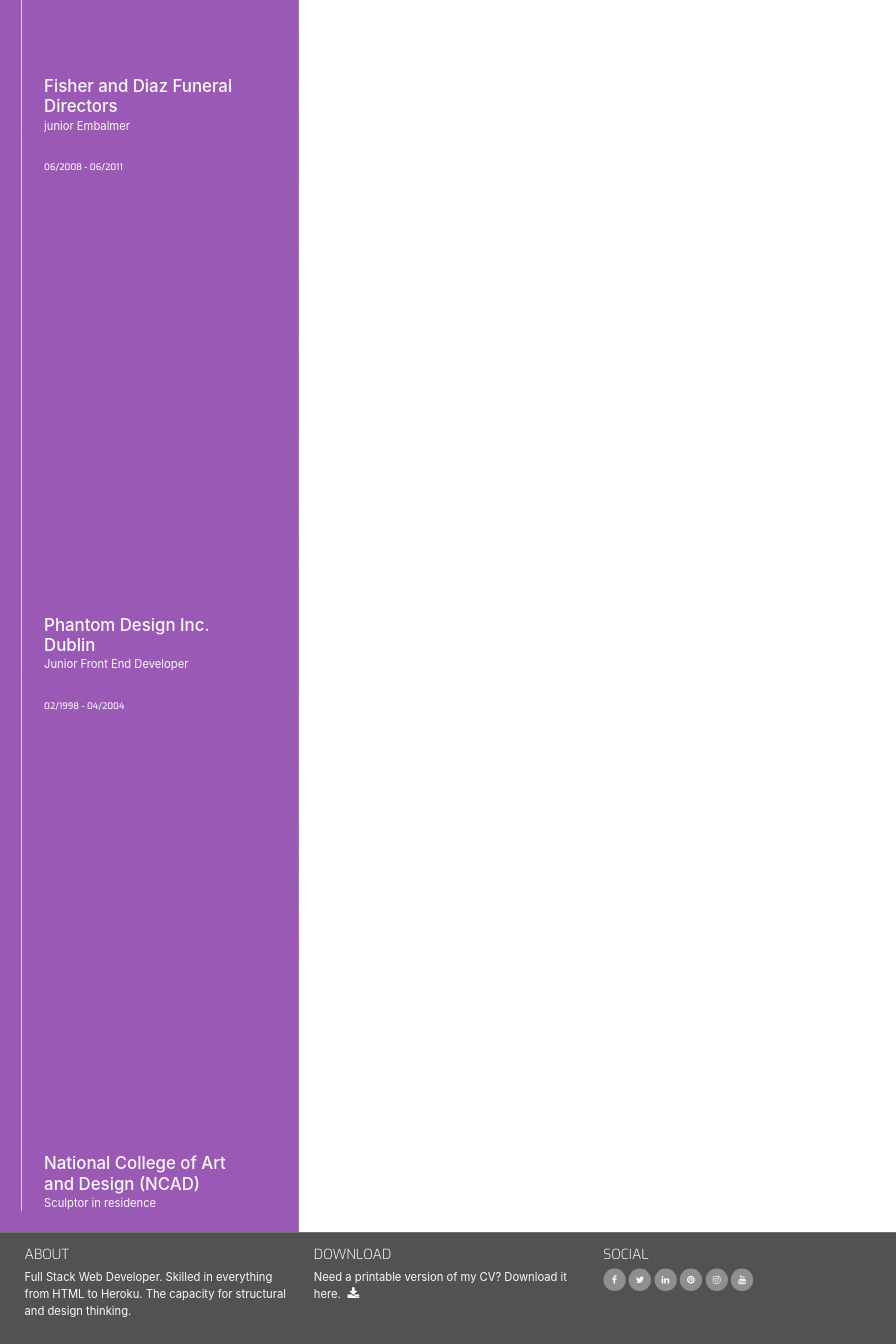
Repository: lemon-squeezy/resume-project
Page: resume.html
The author's editor kept a record of every edit. The page is drawn from the files as they stood at one moment, then again after the next edit.
The browser window is 1280 px wide. The pictures show the part of the page from y = 1826 to 3746 px (the page is 3746 px tall before and 3717 px after), at 70% of full size.
Some web libraries are served in a nearby version.

Above is the page before.

### resume.html
<!DOCTYPE html>
<html lang="en">

<head>
    <meta charset="UTF-8">
    <meta name="viewport" content="width=device-width, initial-scale=1.0">
    <meta http-equiv="X-UA-Compatible" content="ie=edge">
    <link rel="stylesheet" href="https://maxcdn.bootstrapcdn.com/bootstrap/4.2.1/css/bootstrap.min.css" type="text/css" />
    <link rel="stylesheet" href="https://maxcdn.bootstrapcdn.com/font-awesome/4.7.0/css/font-awesome.min.css" type="text/css" />
    <link rel="stylesheet" href="https://cdnjs.cloudflare.com/ajax/libs/hover.css/2.1.1/css/hover-min.css" type="text/css" />
    <link rel="stylesheet" href="assets/css/style.css">
    <title>Rosie</title>
</head>

<body>
    <header>
        <div class="row no-gutters">
            <a class="col-md-4 logo" href="02-index.html"></a>
            <div class="col-md-8">
                <div class="row no-gutters bg-color-name-title">
                    <div class="col heading">
                        <h1 class="name">Rosie Odenkirk</h1>
                        <h2 class="title"> Full Stack Developer</h2>
                    </div>
                </div>
                <div class="row no-gutters">
                    <div class="col">
                        <ul id="nav" class="list-inline menucontainer">
                            <li class="col-6 col-sm-3 list-inline-item ui-menu-color-home menuitem">
                                <a href="#" class="hvr-sweep-to-bottom"><i class="fa fa-home" aria-hidden="true"></i><span>Home</span></a>
                            </li>
                            <li class="col-6 col-sm-3 list-inline-item ui-menu-color-resume menuitem">
                                <a href="#" class="hvr-sweep-to-bottom"><i class="fa fa-graduation-cap" aria-hidden="true"></i><span>Resume</span></a>
                            </li>
                            <li class="col-6 col-sm-3 list-inline-item ui-menu-color-contact menuitem">
                                <a href="#" class="hvr-sweep-to-bottom"><i class="fa fa-comment-o" aria-hidden="true"></i><span>Contact</span></a>
                            </li>
                            <li class="col-6 col-sm-3 list-inline-item ui-menu-color-download menuitem">
                                <a href="#" class="hvr-sweep-to-bottom"><i class="fa fa-download" aria-hidden="true"></i><span>Download CV</span></a>
                            </li>
                        </ul>
                    </div>
                </div>
            </div>
        </div>
    </header>
    <section class="container-fluid">
        <div class="row">
            <div class="col-md-4 bg-color-work-history section-column">
                <div class="row">
                    <div class="col-12">
                        <h3 class="history-heading uppercase">
                            Work History
                        </h3>
                    </div>
                </div>
                <div class="timeline-item" data-dates="02/1998 - 04/2004">
                    <h4>National College of Art and Design (NCAD)</h4>
                    <p>Sculptor in residence</p>
                </div>
                <div class="timeline-item" data-dates="04/2004 - 06/2008">
                    <h4>Fisher and Diaz Funeral Directors</h4>
                    <p>junior Embalmer</p>
                </div>
                <div class="timeline-item" data-dates="06/2008 - 06/2011">
                    <h4>Phantom Design Inc. Dublin</h4>
                    <p>Junior Front End Developer</p>
                </div>
                <div class="timeline-item" data-dates="02/1998 - 04/2004">
                    <h4>National College of Art and Design (NCAD)</h4>
                    <p>Sculptor in residence</p>
                </div>
            </div>
            <div class="col-md-8 bg-color-three-reasons section-column">
                <div class="row">
                    <div class="col">
                        <h3 class="section-heading uppercase">My Skills</h3>
                    </div>
                </div>
                <div class="row">
                    <div class="col-10 offset-1 offset-sm-0 col-sm-4 col-md-6">
                        <div class="row">
                            <div class="col-2">
                                <i class="three-reasons-icon fa fa-tv" aria-hidden="true"></i>
                            </div>
                            <div class="col-10">
                                <h4 class="three-reasons-heading uppercase">Front End</h4>
                                <p>
                                    I'm skilled in User Experience Design using the trinity of HTML/CSS/Javascript. I also have extensive experience in Front End Frameworks such as Angular and React
                                </p>
                            </div>
                        </div>
                    </div>
                    <div class="col-10 offset-1 offset-sm-0 col-sm-4 col-md-6">
                        <div class="row">
                            <div class="col-2">
                                <i class="three-reasons-icon fa fa-gears" aria-hidden="true"></i>
                            </div>
                            <div class="col-10">
                                <h4 class="three-reasons-heading uppercase">Back End</h4>
                                <p>
                                    I specialize in data-driven web applications. Many of my projects utilise document-based data. I use Python and Django in conjunction with MongoDB to process and present information.
                                </p>
                            </div>
                        </div>
                    </div>
                </div>
                <div class="row progress-section">
                    <div class="col">
                        <div class="progress">
                            <div class="progress-bar" role="progressbar" aria-valuenow="90" aria-valuemin="0" aria-valuemax="100" style="width:90%;">
                                <span class="sr-only">90% complete</span>
                            </div>
                            <span class="progress-type">HTML / HTML5</span>
                        </div>
                        <div class="progress">
                            <div class="progress-bar bg-success" role="progressbar" aria-valuenow="80" aria-valuemin="0" aria-valuemax="100" style="width:80%;">
                                <span class="sr-only">80% complete</span>
                            </div>
                            <span class="progress-type">CSS / CSS3</span>
                        </div>
                        <div class="progress">
                            <div class="progress-bar bg-info" role="progressbar" aria-valuenow="70" aria-valuemin="0" aria-valuemax="100" style="width:70%;">
                                <span class="sr-only">70% complete</span>
                            </div>
                            <span class="progress-type">JavaScript / jQuery</span>
                        </div>
                        <div class="progress">
                            <div class="progress-bar bg-warning" role="progressbar" aria-valuenow="80" aria-valuemin="0" aria-valuemax="100" style="width:80%;">
                                <span class="sr-only">80% complete</span>
                            </div>
                            <span class="progress-type">Django / Python</span>
                        </div>
                        <div class="progress">
                            <div class="progress-bar bg-danger" role="progressbar" aria-valuenow="80" aria-valuemin="0" aria-valuemax="100" style="width:80%;">
                                <span class="sr-only">80% complete</span>
                            </div>
                            <span class="progress-type">SQL / NoSQL</span>
                        </div>
                    </div>
                </div>
            </div>
        </div>

    </section>
    <footer class="container-fluid">
        <div id="footer-details" class="row">
            <div class="col-sm-4">
                <h5 class="uppercase general-sub">About</h5>
                <p class="inline-block">
                    Full Stack Web Developer. Skilled in everything from HTML to Heroku. The capacity for structural and design thinking.
                </p>
            </div>
            <div class="col-sm-4">
                <h5 class="uppercase general-sub">Download</h5>
                <p class="inline-block">
                    Need a printable version of my CV? Download it here.
                    <a href="#" target="_blank" class="cv-pdf">
                        <i class="fa fa-download" aria-hidden="true"></i>
                        <span class="sr-only">Download link.</span>
                    </a>
                </p>
            </div>
            <div class="col-sm-4">
                <h5 class="uppercase general-sub">Social</h5>
                <ul class="list-inline social-links">
                    <li class="list-inline-item">
                        <a target="_blank" href="#">
                            <i class="fa fa-facebook" aria-hidden="true"></i>
                            <span class="sr-only">Facebook</span>
                        </a>
                    </li>
                    <li class="list-inline-item">
                        <a target="_blank" href="#">
                            <i class="fa fa-twitter" aria-hidden="true"></i>
                            <span class="sr-only">Twitter</span>
                        </a>
                    </li>
                    <li class="list-inline-item">
                        <a target="_blank" href="#">
                            <i class="fa fa-linkedin" aria-hidden="true"></i>
                            <span class="sr-only">LinkedIn</span>
                        </a>
                    </li>
                    <li class="list-inline-item">
                        <a target="_blank" href="#">
                            <i class="fa fa-pinterest" aria-hidden="true"></i>
                            <span class="sr-only">Pinterest</span>
                        </a>
                    </li>
                    <li class="list-inline-item">
                        <a target="_blank" href="#">
                            <i class="fa fa-instagram" aria-hidden="true"></i>
                            <span class="sr-only">Instagram</span>
                        </a>
                    </li>
                    <li class="list-inline-item">
                        <a target="_blank" href="#">
                            <i class="fa fa-youtube" aria-hidden="true"></i>
                            <span class="sr-only">YouTube</span>
                        </a>
                    </li>
                </ul>
            </div>
        </div>
    </footer>
</body>

</html>

### assets/css/style.css
@import url('https://fonts.googleapis.com/css?family=Roboto:100,200,300,400,500,600,700|Exo:100,200,300,400,500,600,700');

/*--------------------------------------------Colors*/

.bg-color-name-title {
    background-color: #676767;
}

.bg-color-three-reasons {
    background-color: #fff;
}

.bg-color-personal-info {
    background-color: #f4f4f4;
}

.bg-color-work-history{
    background-color: #9b59b6;
}

.ui-menu-color-home {
    background-color: #e67e22;
}

.ui-menu-color-resume {
    background-color: #9b59b6;
}

.ui-menu-color-contact {
    background-color: #3498db;
}

.ui-menu-color-download {
    background-color: #525252;
}

.row-table {
    display: table;
}

.section-column {
    display: table-cell;
    padding: 0 30px 30px;
    float: none;
}

.section-heading {
    font-family: "Exo", sans-serif;
    font-weight: 300;
    margin-top: 25px;
    margin-bottom: 40px;
}

/* ----------------------------------------Special paddings/margins/text */

h1,
h2,
h3,
h4 {
    margin: 0;
}

.uppercase {
    text-transform: uppercase;
}

.general-sub {
    font-family: "Exo", sans-serif;
    font-weight: 300;
    color: #fafafa;
}

.inline-block {
    display: inline-block;
}

.row-table {
    display: table;
}

.section-column {
    display: table-cell;
    padding: 0 30px 30px;
    float: none;
}

.history-heading,
.section-heading {
    font-family: "Exo", sans-serif;
    font-weight: 300;
    margin-top: 25px;
    margin-bottom: 40px;
}

/*--------------------------------------------Heading*/

header {
    margin: 0;
}

.heading {
    margin-left: 50px;
}

.logo {
    background: url("../images/rosie.jpg");
    background-position: center;
    background-repeat: no-repeat;
    background-size: cover;
    min-height: 360px;
    transition: all .5s ease-in-out;
    -moz-transition: all .5s ease-in-out;
    -webkit-transition: all .5s ease-in-out;
}

.name {
    font-family: "Exo", sans-serif;
    font-weight: 100;
    font-size: 46px;
    margin-top: 50px;
    color: #fff;
}

.title {
    font-family: "Roboto", sans-serif;
    font-weight: 200;
    font-size: 28px;
    margin-top: 20px;
    margin-bottom: 90px;
    color: #fff;
}

.list-inline-item:not(:last-child) {
    margin: 0;
}

.menucontainer {
    font-size: 0;
}

#nav li {
    font-size: 14px;
    padding: 0;
}

#nav {
    margin: 0;
}

.menuitem {
    height: 120px;
    text-align: center;
    padding: 0;
}

.menuitem a {
    width: 100%;
    text-decoration: none;
    color: #fff;
    height: 120px;
}

.menuitem a i {
    padding-top: 22px;
    display: block;
    color: #fafafa;
    font-size: 26px;
}

.menuitem span {
    display: block;
    width: 100%;
    padding-top: 5px;
    text-align: center;
    text-transform: uppercase;
    font-size: 14px;
    font-weight: 300;
    letter-spacing: 2px;
}

/*--------------------------------------------Hover.css*/

.hvr-sweep-to-bottom:before {
    background: rgba(0, 0, 0, 0.2);
    height: 120px;
}

/* ----------------------------------------Footer */

footer {
    background-color: #525252;
    color: #fafafa;
    min-height: 120px;
    margin: 0;
}

.cv-pdf i {
    font-size: 18px;
    color: #fafafa;
    text-align: center;
    padding-left: 5px;
    transition: all 0.35s ease-in-out;
    -moz-transition: all 0.35s ease-in-out;
    -webkit-transition: all 0.35s ease-in-out;
    -o-transition: all 0.35s ease-in-out;
}

.cv-pdf i:hover {
    color: #e84610;
}

.social-links {
    padding-bottom: 15px;
}

.social-links li a i {
    width: 32px;
    height: 32px;
    padding: 12px 0;
    border-radius: 50%;
    font-size: 13px;
    line-height: 7px;
    text-align: center;
    color: #fafafa;
    background: #8f8f8f;
    transition: all 0.35s ease-in-out;
    -moz-transition: all 0.35s ease-in-out;
    -webkit-transition: all 0.35s ease-in-out;
    -o-transition: all 0.35s ease-in-out;
}

.social-links li a i:hover {
    background: #e84610;
}

#footer-details {
    padding: 20px;
}

/* ----------------------------------------Three Reasons */

.three-reasons-icon {
    font-size: 26px;
    color: #e67e22;
}

.three-reasons-heading {
    margin-bottom: 15px;
}

/* ----------------------------------------Personal Info */

.personal-info-item {
    margin-bottom: 20px;
    display: block;
    clear: both;
}

.personal-info-item .key,
.personal-info-item .value {
    padding-right: 8px;
    display: inline-block;
}

.personal-info-item .key p,
.personal-info-item .value p {
    margin: 0;
}

.personal-info-item .key {
    width: 30%;
    margin-right: 21px;
    padding-top: 2px;
    vertical-align: top;
}

.personal-info-item .key p {
    font-weight: 700;
}

.personal-info-item .value {
    position: relative;
    width: 60%;
}

/* ----------------------------------------Skills */

.progress {
    position: relative;
    height: 25px;
    margin-bottom: 4px;
}

.progress-type {
    position: absolute;
    left: 0px;
    font-weight: 400;
    padding: 3px 30px 2px 10px;
    color: #fafafa;
    background-color: rgba(25, 25, 25, 0.2);
}

.progress-section {
    margin: 40px 20px;
}

/* ----------------------------------------Work History */

.history-heading {
    color: #fafafa;
    margin-bottom: 50px;
}

.timeline-item {
    padding: 43em 2em 0em 2em;
    position: relative;
    color: #fafafa;
    border-left: 1px solid;
}

.timeline-item p {
    padding: 0;
    margin: 0;
}

.timeline-item:before {
    content: attr(data-dates);
    position: absolute;
    left: 2.5em;
    top: 3em;
    display: block;
    font-family: "Exo" , sans-serif;
    font-weight: 500;
    font-size: 0.8em;
    padding: 0;
    margin: 0;
}

.timeline-item:after {
    width: 12px;
    height: 12px;
    display: block;
    top: 2.4em;
    position: absolute;
    left: -6px;
    border-radius: 12px
    content:'';
    background: #fafafa;
}

After the next edit:
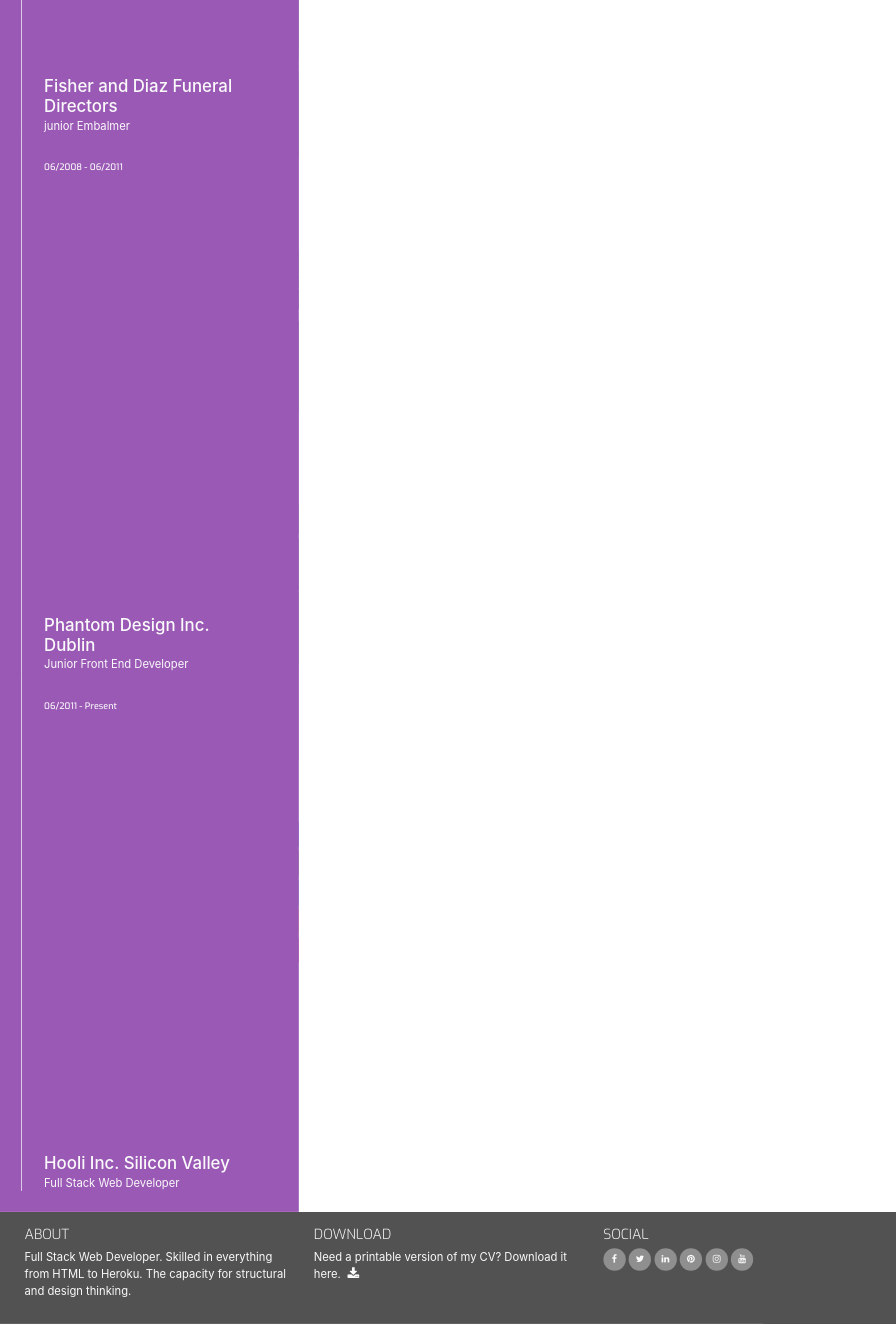
The edit:
--- a/resume.html
+++ b/resume.html
@@ -66,9 +66,9 @@
                     <h4>Phantom Design Inc. Dublin</h4>
                     <p>Junior Front End Developer</p>
                 </div>
-                <div class="timeline-item" data-dates="02/1998 - 04/2004">
-                    <h4>National College of Art and Design (NCAD)</h4>
-                    <p>Sculptor in residence</p>
+                <div class="timeline-item" data-dates="06/2011 - Present">
+                    <h4>Hooli Inc. Silicon Valley</h4>
+                    <p>Full Stack Web Developer</p>
                 </div>
             </div>
             <div class="col-md-8 bg-color-three-reasons section-column">
